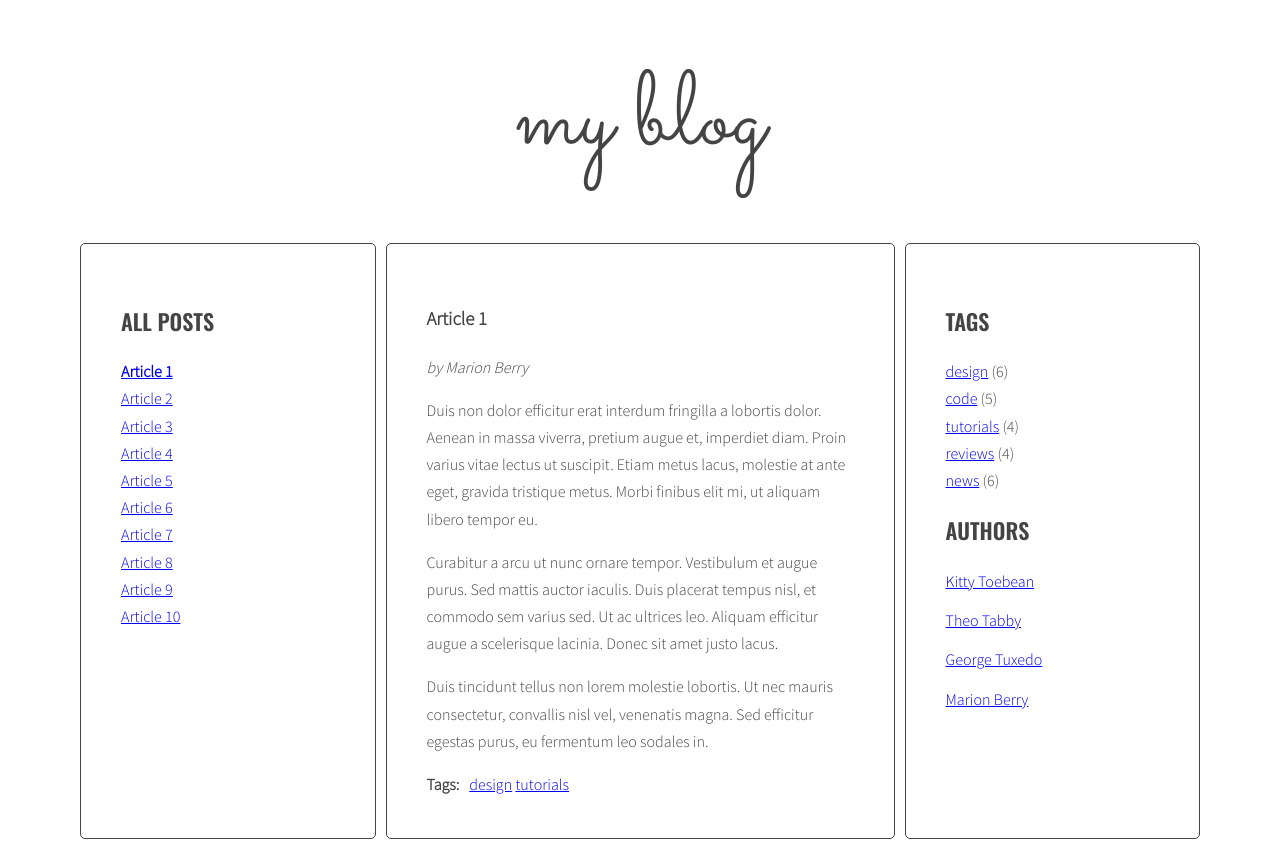
Repository: ulasup/javascript-blog
Page: index.html
An editor plug-in stored every save of this project. The page is shown before and after the next save, followed by the edit.
The browser window is 1280 px wide. The pictures show the whole page.
The style sheet was rebuilt from its Sass, Less or Tailwind sources for each picture, by a compiler version that may differ from the author's.

Above is the page before, as saved 2020-12-13 14:20:08.

After the next save:
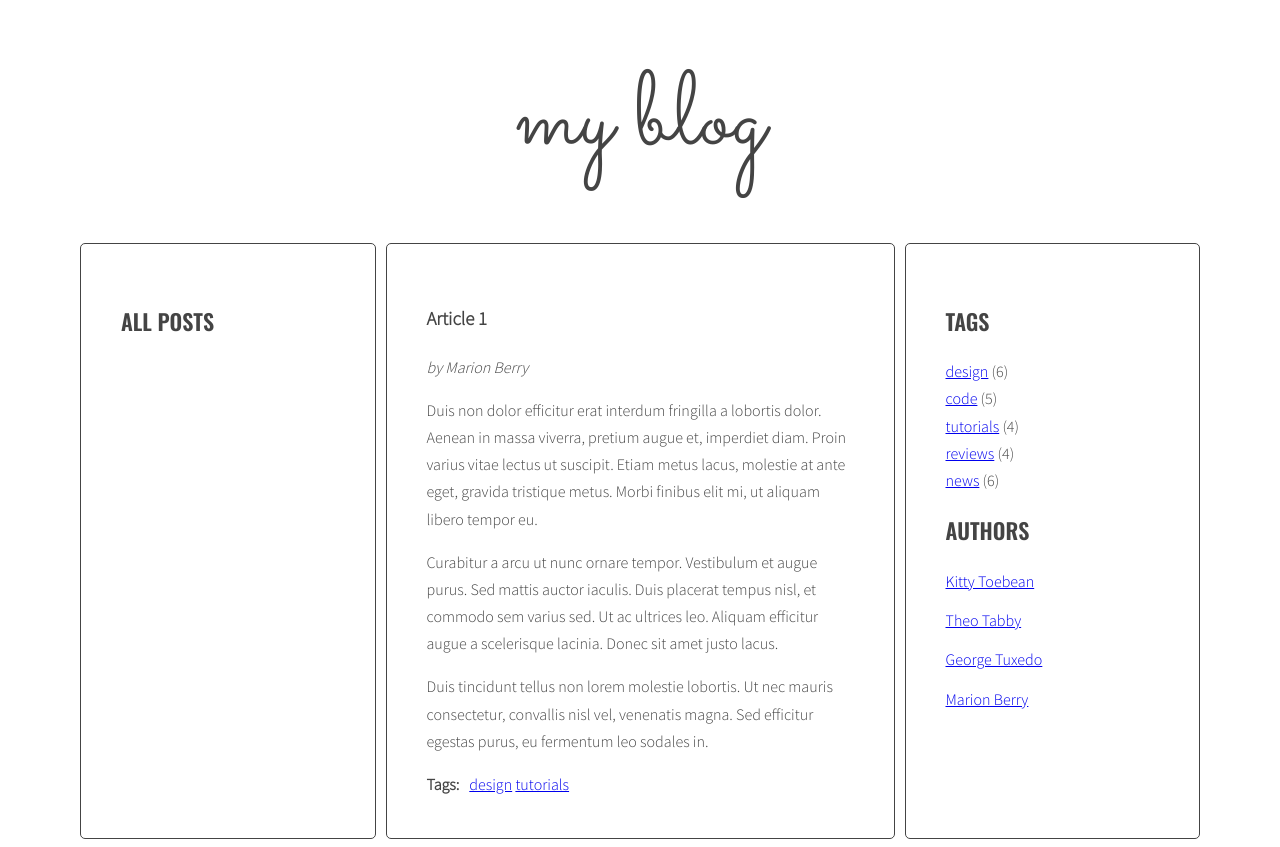
Saved 2 min 3 s later.
--- a/js/script.js
+++ b/js/script.js
@@ -53,6 +53,7 @@ function generateTitleLinks(){
   /* remove contents of titleList */
   const titleList = document.querySelector(optTitleListSelector);
   console.log(titleList);
+  titleList.innerHTML = ('');
 
   /* for each article */
 
